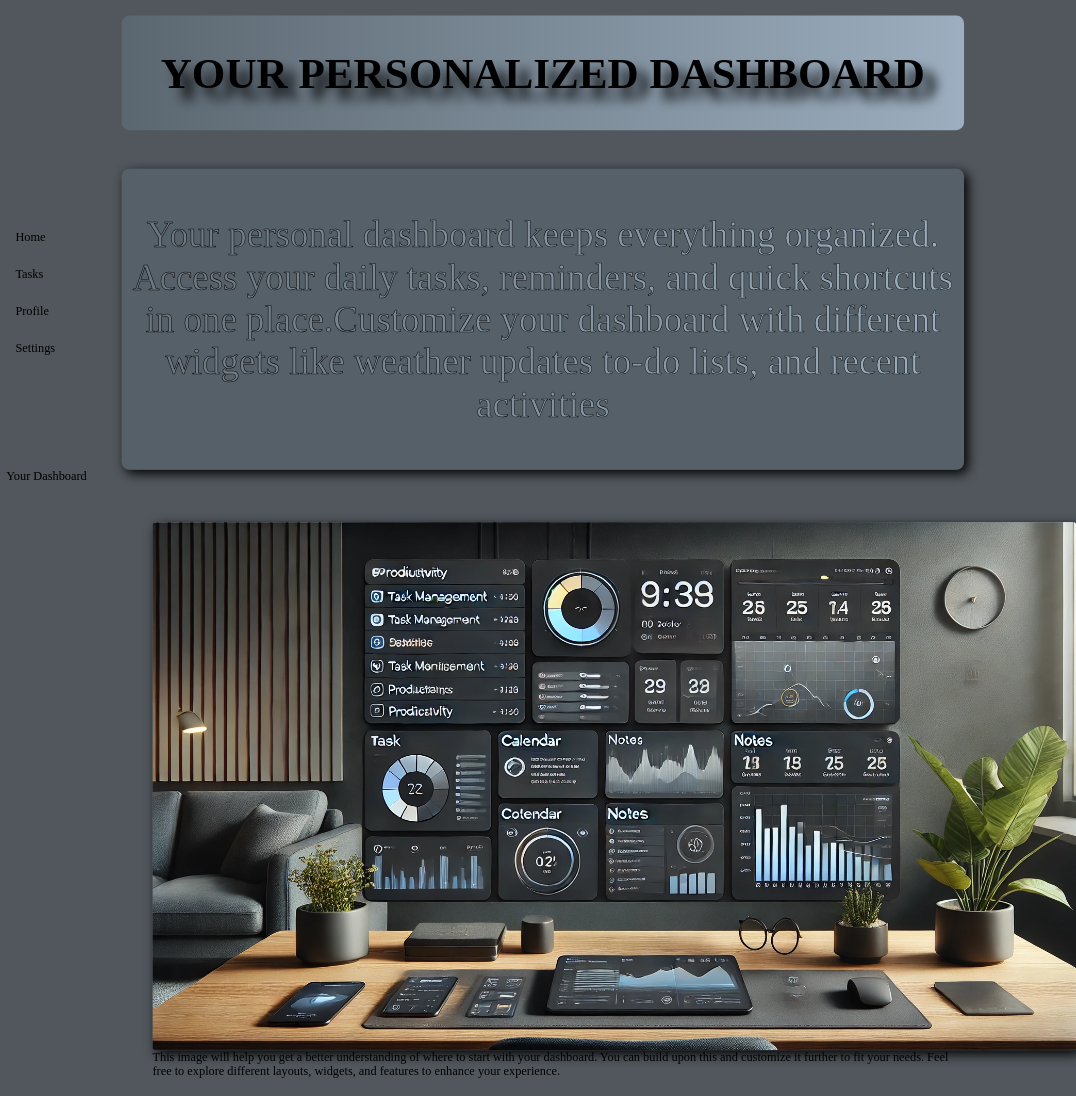
Repository: Parnicoza/testecomplete
Page: testcomplet-14.html
These files come from the project's save history. The page is drawn as it stood at one moment and after the next save; the edit follows.
The browser window is 1280 px wide. The page is 1398 px wide, so the pictures cover 1398 px, including what lies to the right of the window. The pictures show the whole page, at 77% of full size.

Above is the page before, as saved 2025-02-26 18:36:19.

### testcomplet-14.html
<!DOCTYPE html>
<html lang="en">

<head>
    <title>Personal Dashboard</title>
    <link rel="stylesheet" href="stilizaretestcomplet-14.css">
    <link rel="icon" href="imaginitestecomplete/dashboard.ico">
</head>

<body>
    <div class="background-for-the-heading">
        <h1 class="main-heading">Your Personalized Dashboard</h1>
    </div>

    <div class="thesamebackground">
        <p class="paragraph-gradient">Your personal dashboard keeps everything organized. Access your daily tasks,
            reminders, and quick shortcuts in one place.Customize your dashboard with different widgets like weather
            updates to-do lists, and recent activities</p>
    </div>

    <caption class="caption">Your Dashboard</caption>
    <div class="divimage">
        <figure>
            <img src="imaginitestecomplete/productivity.jpg" alt="productivity image" width="1200" class="image" title="Productivity image">
            <figcaption class="figcaption">This image will help you get a better understanding of where to start with your dashboard.
                You can build upon this and customize it further to fit your needs.
                Feel free to explore different layouts, widgets, and features to enhance your experience.
            </figcaption>
        </figure>
    </div>

    <div class="Dashboard">
        <div class="sidebar">
            <ul class="list">
                <li>Home</li>
                <li>Tasks</li>
                <li>Profile</li>
                <li>Settings</li>
            </ul>
        </div>
    </div>
</body>

</html>

### stilizaretestcomplet-14.css
body{
    background-color:#51575D;
}

.main-heading{
    text-align: center;
    text-transform: uppercase;
    text-shadow: 15px 15px 15px black;
    font-size: 3.5em;
    color: black;
}

.background-for-the-heading{
    background: linear-gradient(to right, #5B6770, #9CAEBF);
    margin: 20px;
    padding: 5px;
    border-radius: 10px;
    margin-left: 150px;
}

.thesamebackground{
    background-color: rgba(91, 103, 112, 0.6) ;
    margin-left: 150px;
    margin-top: 50px;
    text-align: center;
    padding: 10px;
    border-radius: 10px;
    box-shadow: 5px 5px 15px black;
    margin-right: 20px;
}

.paragraph-gradient{
    background: linear-gradient(to right, #6A747D, #9BAEBF);
    background-clip: text;
    color: transparent;
    font-size: 3em;
    -webkit-text-stroke: 0.7px black;
    text-align: center;
}

.quote{
    border: 1px dotted black;
    padding: 10px;
    margin-left: 150px;
}

.divider{
    border: none;
    height: 4px;
    background-color: lightgray;
    border: 3px dotted black;
    margin: 14px;
    margin-left: 150px;
}

.image{
    border-radius: 5px;
    box-shadow: 5px 5px 15px black;
    display: block;
    margin: 0 auto;
}

.picture{
    margin-left: 150px;
}

.Dashboard{
    display: flex;
}

.sidebar{
    display: flex;
    flex-direction: column;
   width: 250px;
   position: fixed;
   left: 0;
   top: 0;
   height: 100vh;
   justify-content: center;
   margin: 20px;
}

.list{
    list-style-type: none;
    display: flex;
    flex-direction: column;
    gap: 30px;
    padding: 0;
}

.container{
    margin-left: 150px;
}

.divimage{
    display: block;
    margin-left: 150px;
    margin-top: 50px;

}

After the next save:
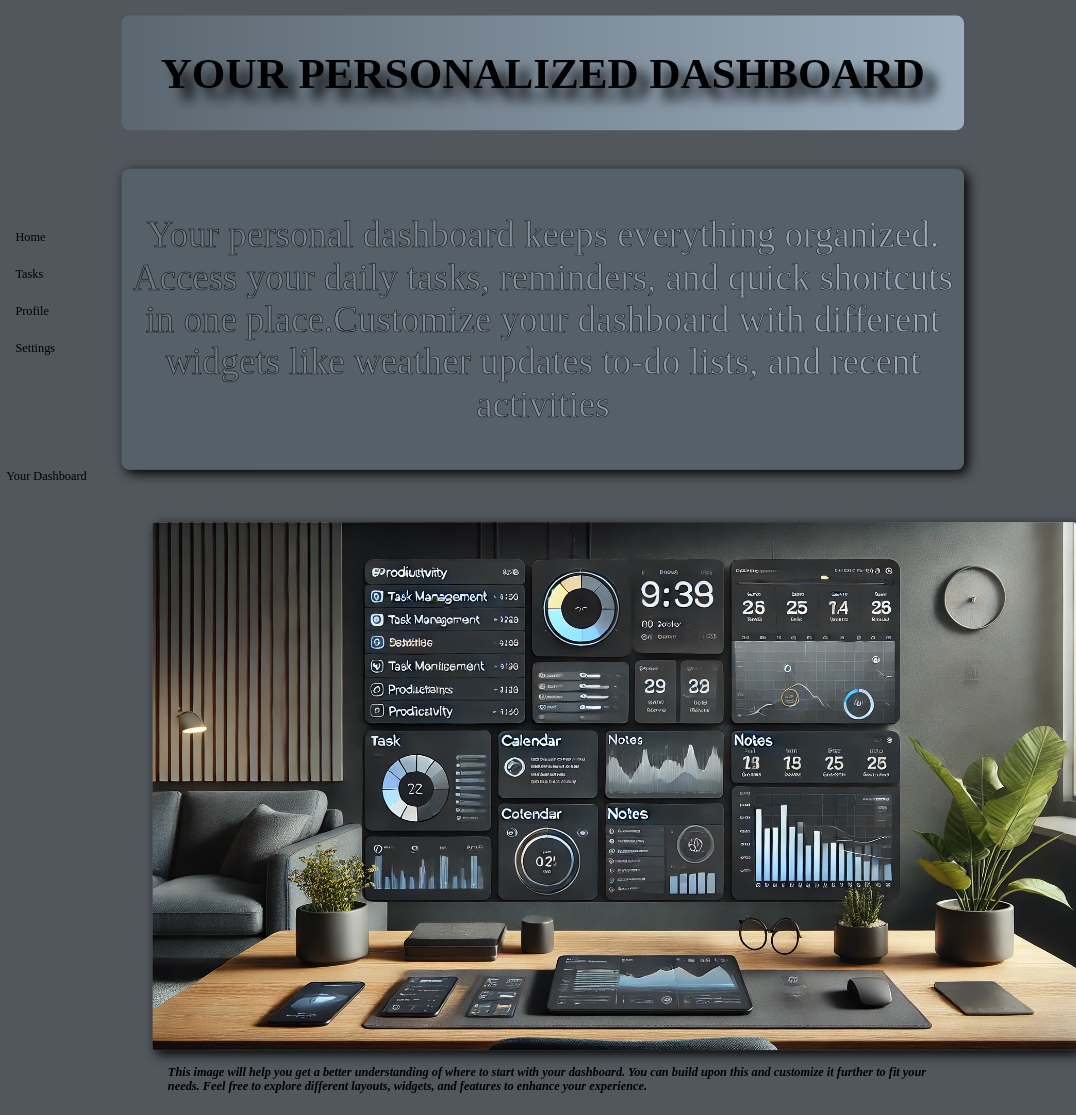
Saved 77 s later.
--- a/stilizaretestcomplet-14.css
+++ b/stilizaretestcomplet-14.css
@@ -98,3 +98,9 @@ body{
     margin-top: 50px;
 
 }
+
+.figcaption{
+    font-style: italic;
+    font-weight: bold;
+    margin: 20px;
+}
